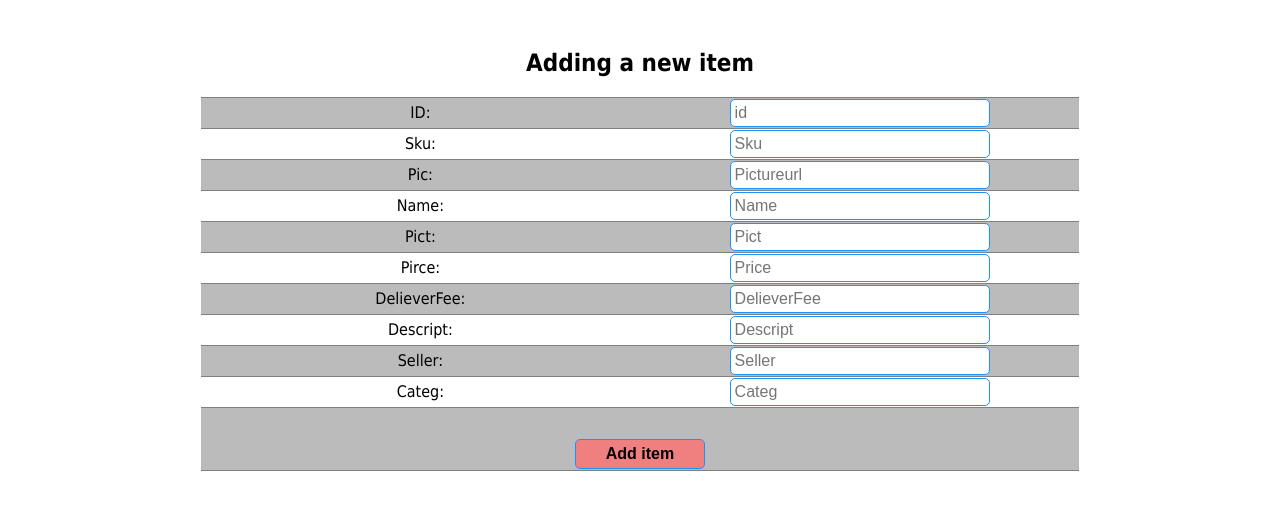
Repository: UnforgivenZZZ/bulldog
Page: http://localhost/bulldog/adding
These files come from the project's save history. The page is drawn as it stood at one moment and after the next save; the edit follows.
The browser window is 1280 px wide. The pictures show the whole page.
The page is served by Tomcat 9.

Above is the page before, as saved 2017-07-13 01:59:12.

After the next save:
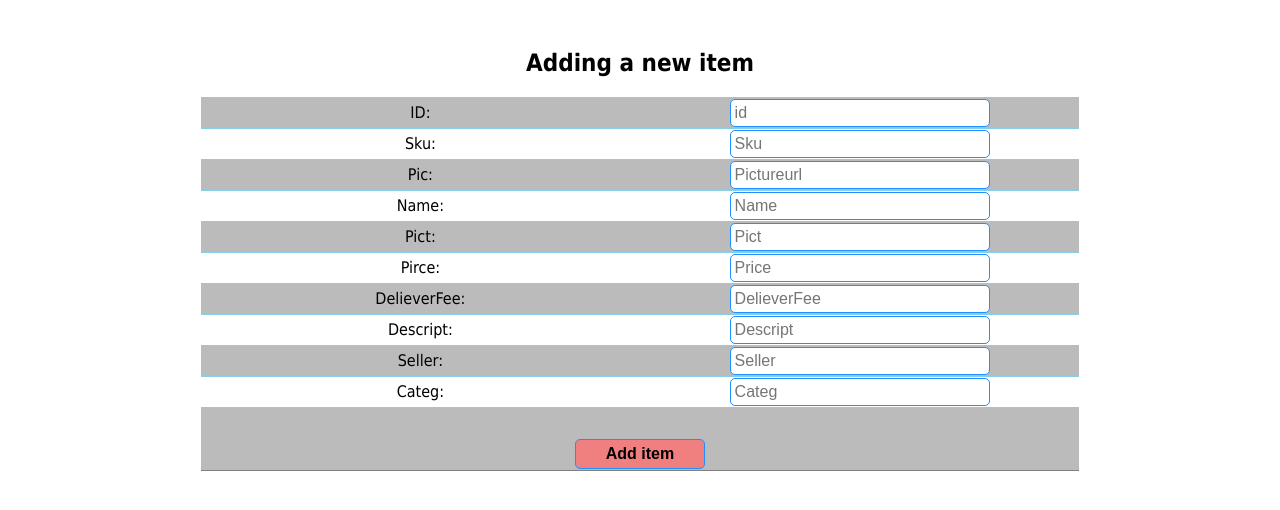
Saved 2 min 53 s later.
--- a/bulldog/WebContent/css/style.css
+++ b/bulldog/WebContent/css/style.css
@@ -19,7 +19,7 @@ th {
 }
 
 tr {
-	border-top:1px solid gray;
+	border-top:1px solid 	#87CEEB;
 	text-align:center;
 }
 
